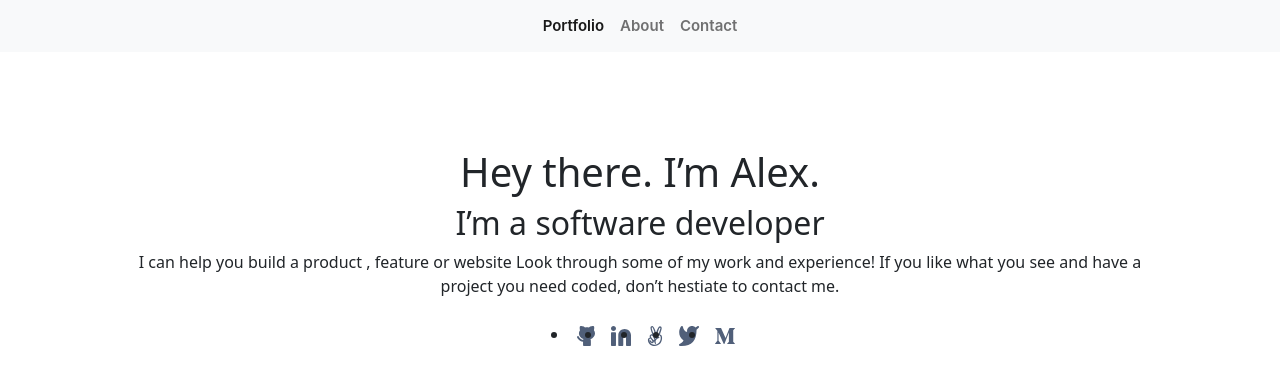
Repository: mustabbas/mustDico-Bootstrap
Page: index.html
An editor plug-in stored every save of this project. The page is shown before and after the next save, followed by the edit.
The browser window is 1280 px wide. The pictures show the whole page.

Above is the page before, as saved 2021-08-25 20:49:08.

### index.html
<!DOCTYPE html>
<html lang="en">
<head>
    <meta charset="UTF-8">
    <meta name="viewport" content="width=device-width, initial-scale=1.0">
    <meta http-equiv="X-UA-Compatible" content="ie=edge">
    <link rel="stylesheet" href="styles.css" />
    <title>MustDico's-Portfolio</title>
    <!-- CSS only -->
<link href="https://cdn.jsdelivr.net/npm/bootstrap@5.1.0/dist/css/bootstrap.min.css" rel="stylesheet" integrity="sha384-KyZXEAg3QhqLMpG8r+8fhAXLRk2vvoC2f3B09zVXn8CA5QIVfZOJ3BCsw2P0p/We" crossorigin="anonymous">
</head>
<body>
    <nav class="navbar navbar-expand-lg navbar-light bg-light">
        <div class="container-fluid">
          <button class="navbar-toggler" type="button" data-bs-toggle="collapse" data-bs-target="#navbarNav" aria-controls="navbarNav" aria-expanded="false" aria-label="Toggle navigation">
            <span class="navbar-toggler-icon"></span>
          </button>
          <div class="collapse navbar-collapse justify-content-center" id="navbarNav">
            <ul class="navbar-nav">
              <li class="nav-item">
                <a class="nav-link active" aria-current="page" href="#">Portfolio</a>
              </li>
              <li class="nav-item">
                <a class="nav-link" href="#">About</a>
              </li>
              <li class="nav-item">
                <a class="nav-link" href="#">Contact</a>
              </li>
            </ul>
          </div>
        </div>
      </nav>
      <section class="container mt-5 p-5">
            <h1 class="text-center">Hey there. I’m Alex.</h1>
            <h2 class="text-center">I’m a software developer</h2>
            <p class="text-center"> I can help you build a product , feature or website Look through some of my work and experience! If you like what you see and have a project you need coded,
                don’t hestiate to contact me.</p>
                <ul class="d-flex justify-content-center ">
                    <li class="p-2"><img src="./img/github_dark.svg" alt="Vector-github" /></li>
                    <li class="p-2"><img src="./img/linkedin.svg" alt="Vecto-linkedin" /></li>
                    <li class="p-2"><img src="./img/angellist_dark.svg" alt="Vecto-angellist" /></li>
                    <li class="p-2"><img src="./img/twitter_dark.svg" alt="Vector-twitter" /></li>
                    <li class="p-2"><img src="./img/medium_dark.svg" alt="Vector-medium" /></li>
                </ul>
      </section>

    <!-- JavaScript Bundle with Popper -->
<script src="https://cdn.jsdelivr.net/npm/bootstrap@5.1.0/dist/js/bootstrap.bundle.min.js" integrity="sha384-U1DAWAznBHeqEIlVSCgzq+c9gqGAJn5c/t99JyeKa9xxaYpSvHU5awsuZVVFIhvj" crossorigin="anonymous"></script>
</body>
</html>

### styles.css

.nav-item {
    font-family: Inter;
    font-style: normal;
    font-weight: 600;
    font-size: 15px;
    line-height: 20px;
    color: #344563;
}

After the next save:
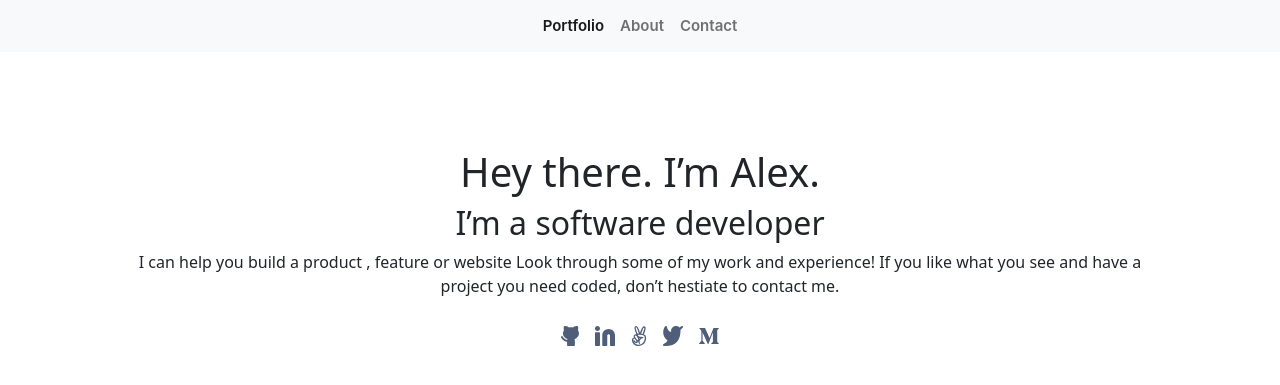
Saved 42 s later.
--- a/index.html
+++ b/index.html
@@ -35,7 +35,7 @@
             <h2 class="text-center">I’m a software developer</h2>
             <p class="text-center"> I can help you build a product , feature or website Look through some of my work and experience! If you like what you see and have a project you need coded,
                 don’t hestiate to contact me.</p>
-                <ul class="d-flex justify-content-center ">
+                <ul class="d-flex justify-content-center list-unstyled">
                     <li class="p-2"><img src="./img/github_dark.svg" alt="Vector-github" /></li>
                     <li class="p-2"><img src="./img/linkedin.svg" alt="Vecto-linkedin" /></li>
                     <li class="p-2"><img src="./img/angellist_dark.svg" alt="Vecto-angellist" /></li>
